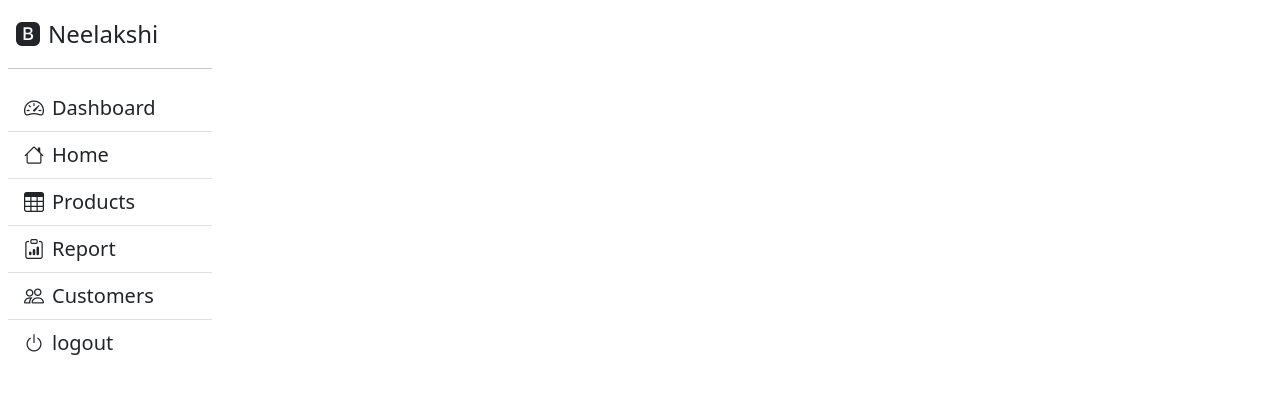
Repository: iqbalaamir/dashboard
Page: /
The author's editor kept a copy of each file at every save. The page is drawn from the files as they stood at one save, then again after the next save.
The browser window is 1280 px wide. The pictures show the whole page.
The project was rebuilt for these pictures with package versions that can differ from the ones it lists, and the page was loaded fresh each time. Also part of the build but not shown: src/App.css.

Above is the page before, as saved 2023-04-24 19:03:25.

### src/App.js
import "./App.css";
import SidebarComponent from "./artifacts/SidebarComponent";


function App() {
  return (
<div>
  <SidebarComponent/>
</div>
  );
}

export default App;

### src/artifacts/SidebarComponent.js
import React from 'react'
import "bootstrap/dist/css/bootstrap.min.css";
import "bootstrap-icons/font/bootstrap-icons.css";
import "./style.css"
function SidebarComponent() {
  return (
    <div className='bg-white sidebar p-2'>
        <div className='m-2'>
            <i className='bi bi-bootstrap-fill me-2 fs-4'></i>
            <span className='brand-name fs-4'>Neelakshi</span>
        </div>
        <hr className='text-dark'/>
        <div className='list-group list-group-flush'>
            <a className='list-group-item py-2'>
                <i className='bi bi-speedometer2 fs-5 me-2'></i>
                <span className='fs-5'>Dashboard</span>
            </a>
            <a className='list-group-item py-2'>
                <i className='bi bi-house fs-5 me-2'></i>
                <span className='fs-5'>Home</span>
            </a>
            <a className='list-group-item py-2'>
                <i className='bi bi-table fs-5 me-2'></i>
                <span className='fs-5'>Products</span>
            </a>
            <a className='list-group-item py-2'>
                <i className='bi bi-clipboard-data fs-5 me-2'></i>
                <span className='fs-5'>Report</span>
            </a>
            <a className='list-group-item py-2'>
                <i className='bi bi-people fs-5 me-2'></i>
                <span className='fs-5'>Customers</span>
            </a>
            <a className='list-group-item py-2'>
                <i className='bi bi-power fs-5 me-2'></i>
                <span className='fs-5'>logout</span>
            </a>


        </div>
    </div>
  )
}

export default SidebarComponent

### src/artifacts/style.css
.sidebar{
    width: 220px;
}

Loaded but not shown: public/index.html (common file); src/index.js (common file); src/index.css (common file); src/reportWebVitals.js (common file)

After the next save:
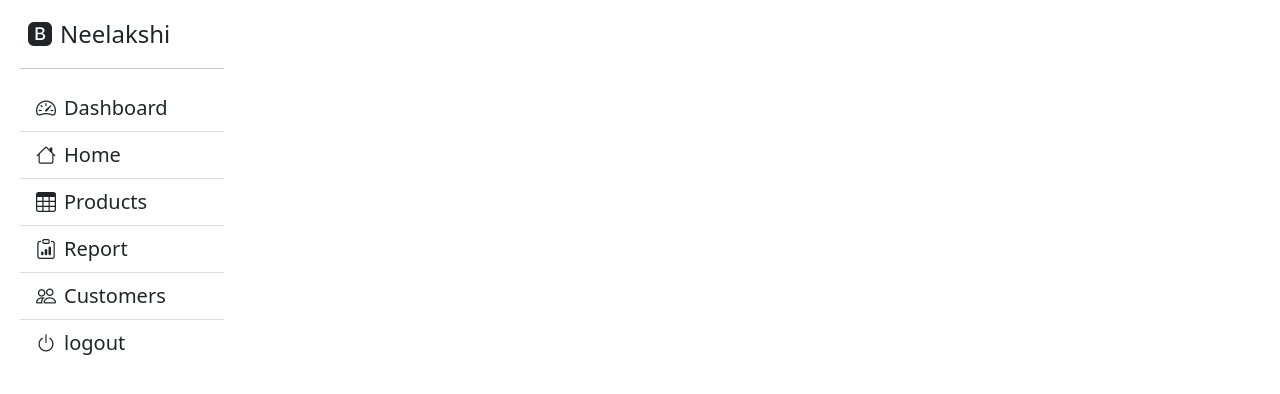
Saved 4 s later.
--- a/src/App.js
+++ b/src/App.js
@@ -4,8 +4,12 @@ import SidebarComponent from "./artifacts/SidebarComponent";
 
 function App() {
   return (
-<div>
-  <SidebarComponent/>
+<div className="container-fluid">
+<div className="row">
+<div className="col-2">
+<SidebarComponent/>
+</div>
+</div>
 </div>
   );
 }
